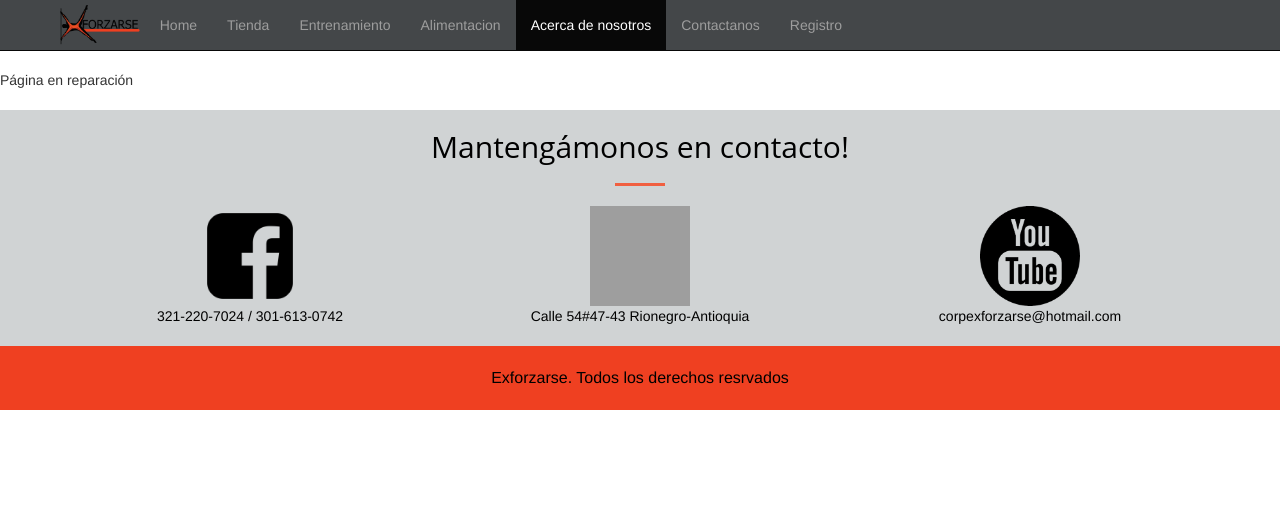
Repository: mahc36/exforzarse
Page: Exforzarse/WebContent/paginas/acercaDeNosotros.html
These files come from the project's save history. The page is drawn as it stood at one moment and after the next save; the edit follows.
The browser window is 1280 px wide. The pictures show the whole page.
Pictures or frames that could not be fetched are drawn as grey boxes.

Above is the page before, as saved 2017-08-19 16:18:24.

After the next save:
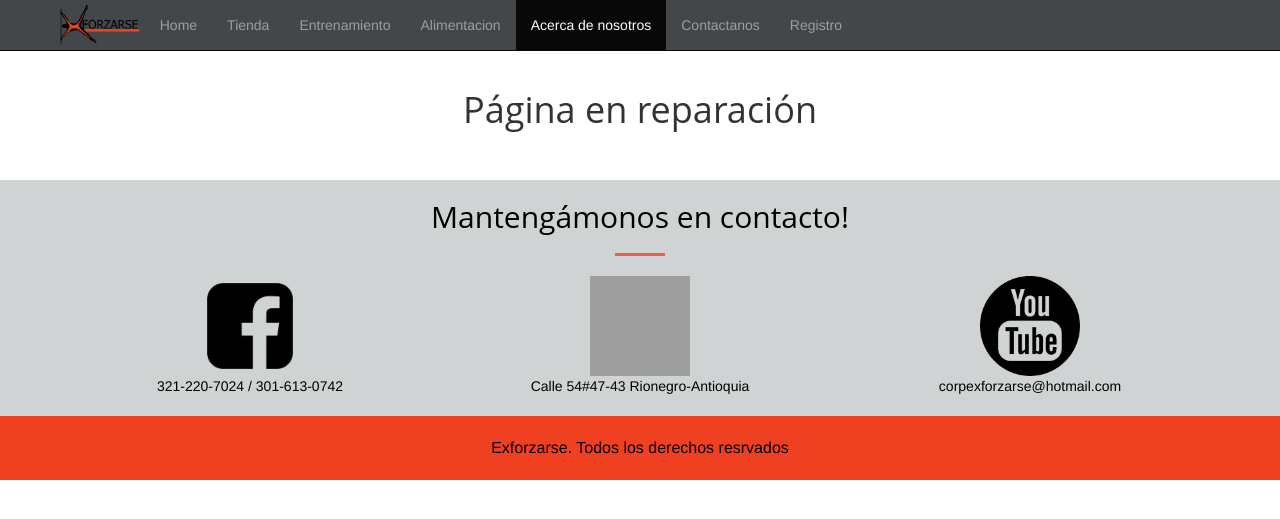
Saved 20 s later.
--- a/Exforzarse/WebContent/paginas/acercaDeNosotros.html
+++ b/Exforzarse/WebContent/paginas/acercaDeNosotros.html
@@ -44,7 +44,7 @@
         </div>
     </nav>
 
-    <H1">Página en reparación</H1>
+    <H1 class="text-center">Página en reparación</H1>
 
     <br><br>
     <footer style="background-color: #D0D3D4;">
